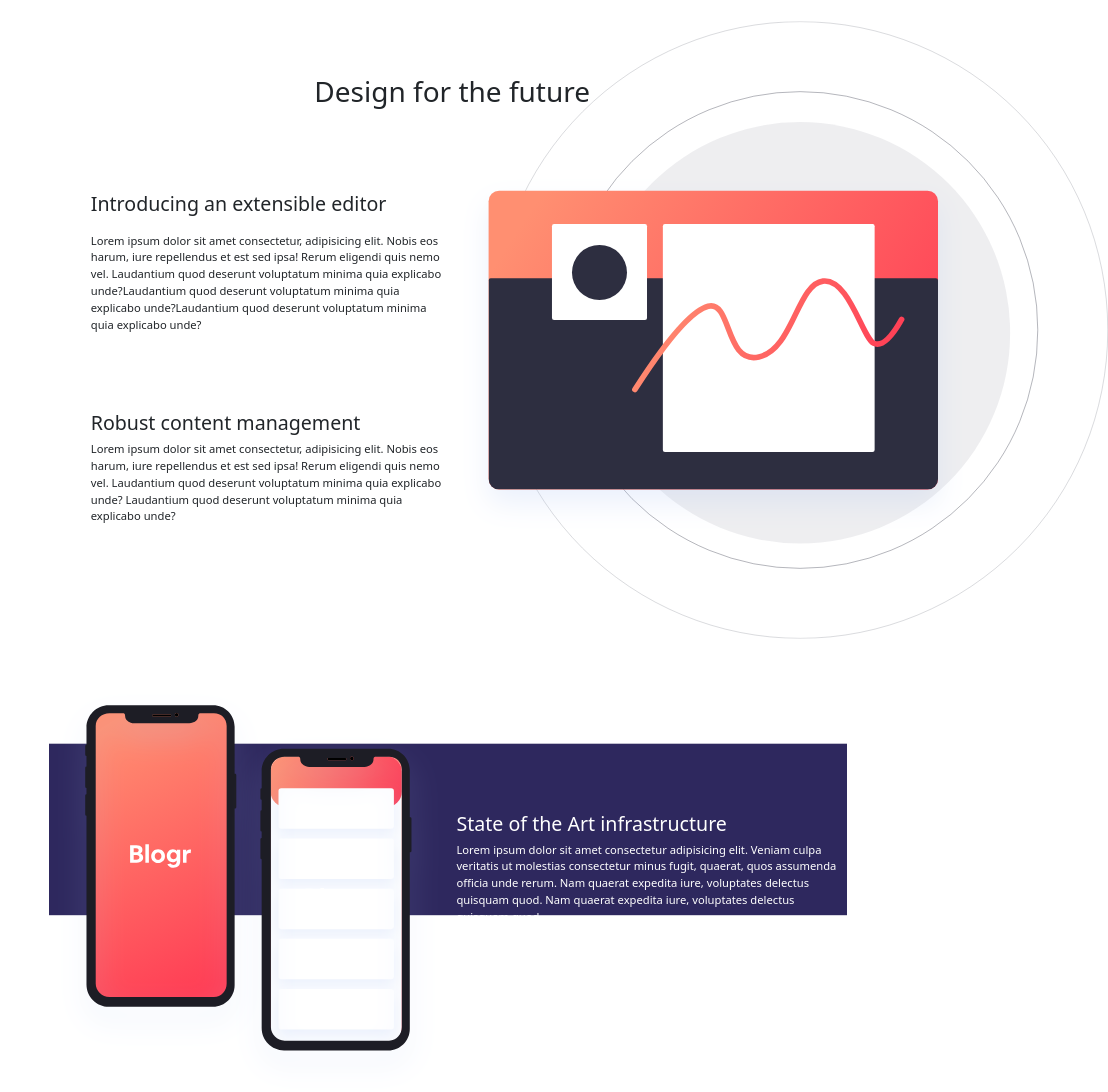
Repository: badhon252/blogr-landing-page
Page: /
An editor plug-in stored every save of this project. The page is shown before and after the next save, followed by the edit.
The browser window is 1280 px wide. The page is 1583 px wide, so the pictures cover 1583 px, including what lies to the right of the window. The pictures show the part of the page from y = 629 to 2189 px (the page is 2189 px tall), at 70% of full size.
The project was rebuilt for these pictures with package versions that can differ from the ones it lists, and the page was loaded fresh each time.

Above is the page before, as saved 2022-01-18 20:57:31.

After the next save:
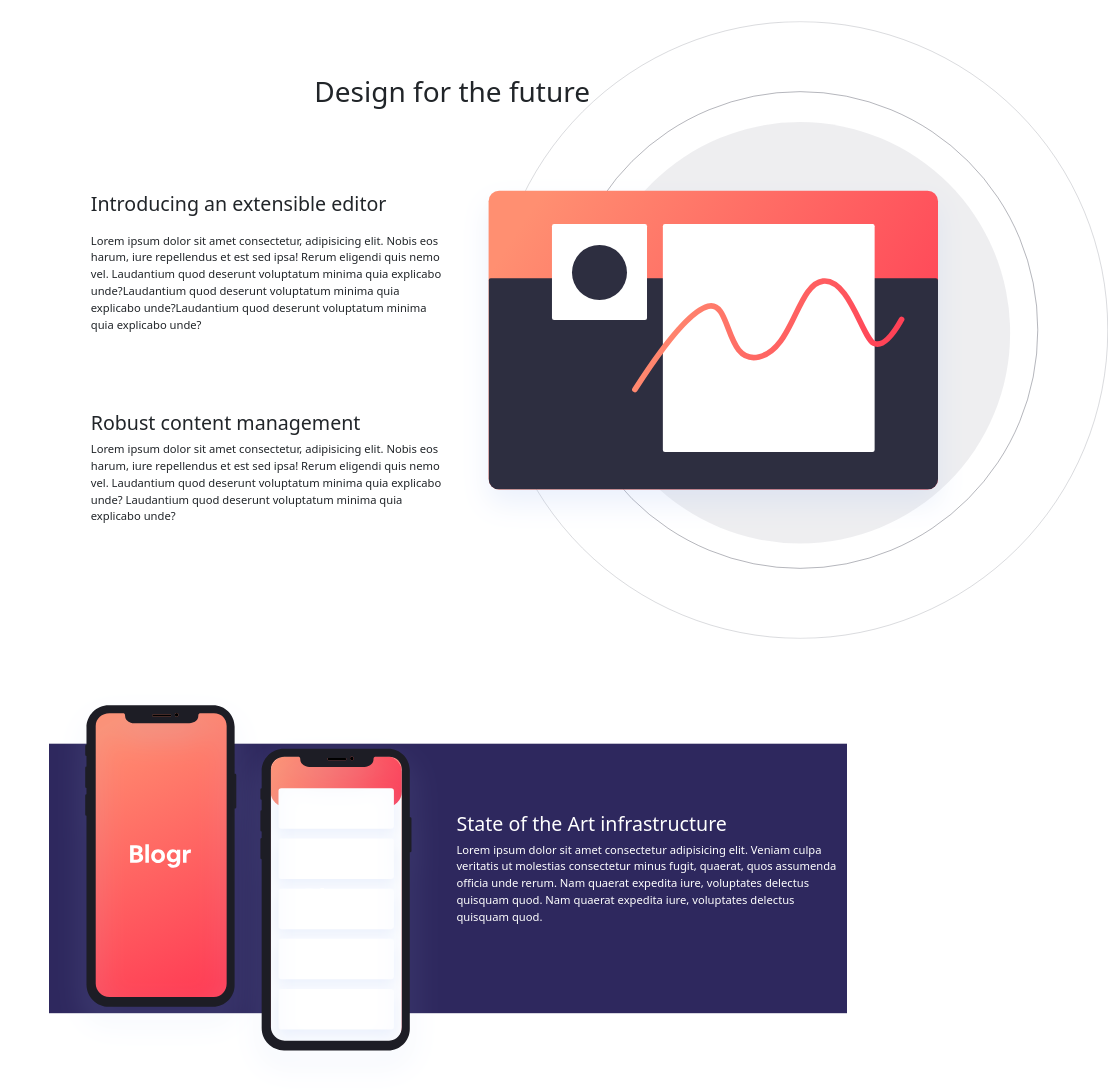
Saved 80 s later.
--- a/src/components/styles/index.css
+++ b/src/components/styles/index.css
@@ -47,7 +47,7 @@
   margin-top: 150px;
   background-color: rgb(46, 40, 94);
   color: white;
-  height: 245px;
+  height: 385px;
 }
 .fact-params {
   margin-top: 50px;
